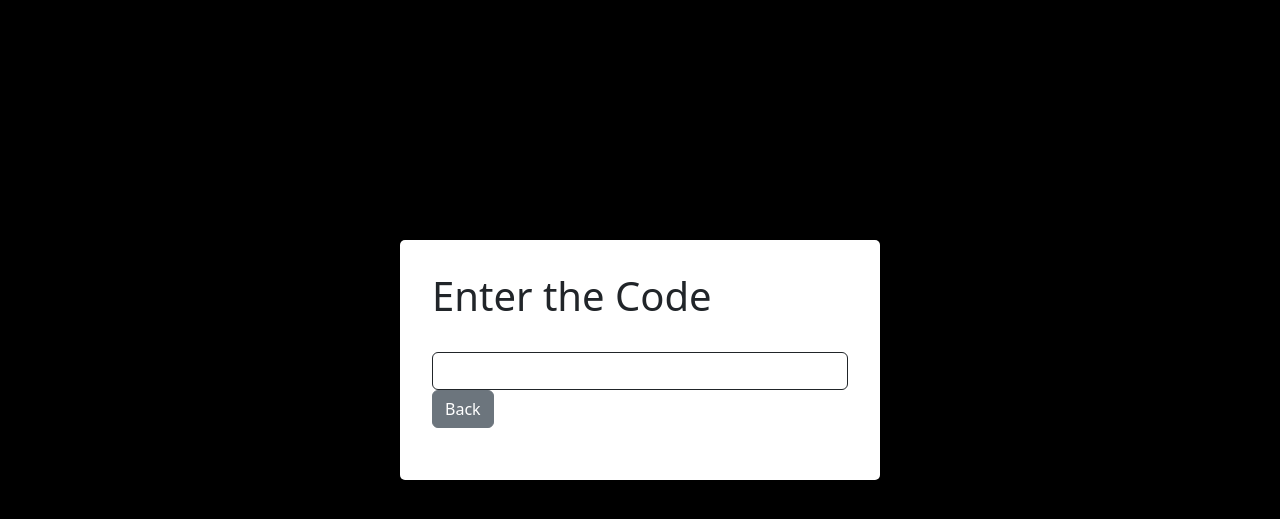
Repository: tran-thien-nhan/quiz_tlln
Page: nhap_code_book.html
These files come from the project's save history. The page is drawn as it stood at one moment and after the next save; the edit follows.
The browser window is 1280 px wide. The pictures show the whole page.

Above is the page before, as saved 2023-06-28 13:09:32.

After the next save:
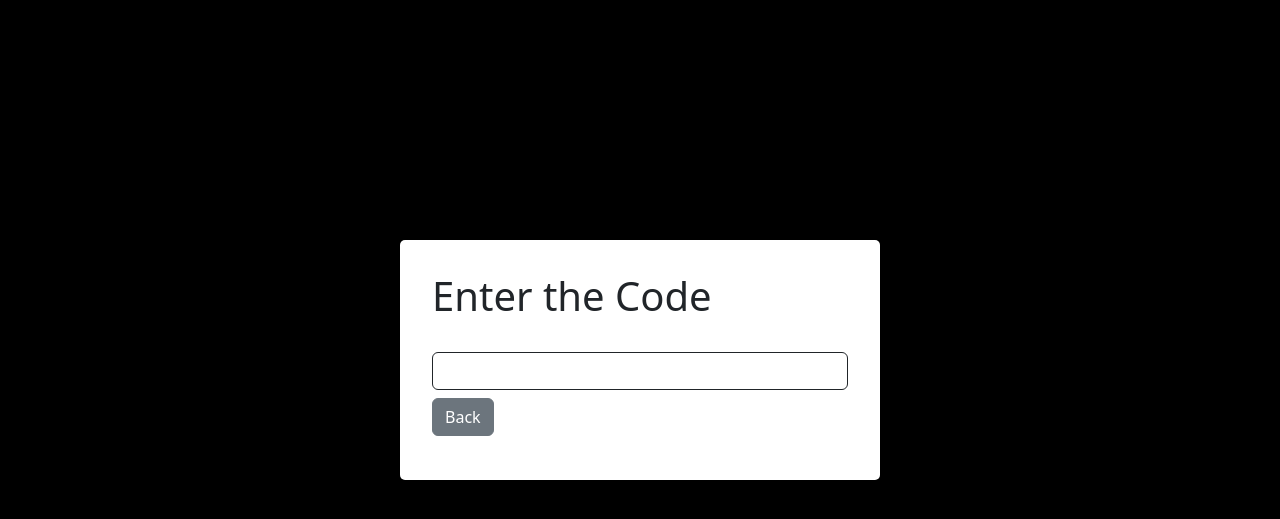
Saved 36 s later.
--- a/nhap_code_book.html
+++ b/nhap_code_book.html
@@ -44,7 +44,7 @@
         <br>
         <input type="password" class="form-control border-dark rounded" id="codeInput" required>
         <span id="alert"></span>
-        <a id="backButton" class="btn btn-secondary">Back</a>
+        <a id="backButton" class="btn btn-secondary mt-2">Back</a>
         <script src="back.js"></script>
       </div>
     </form>
